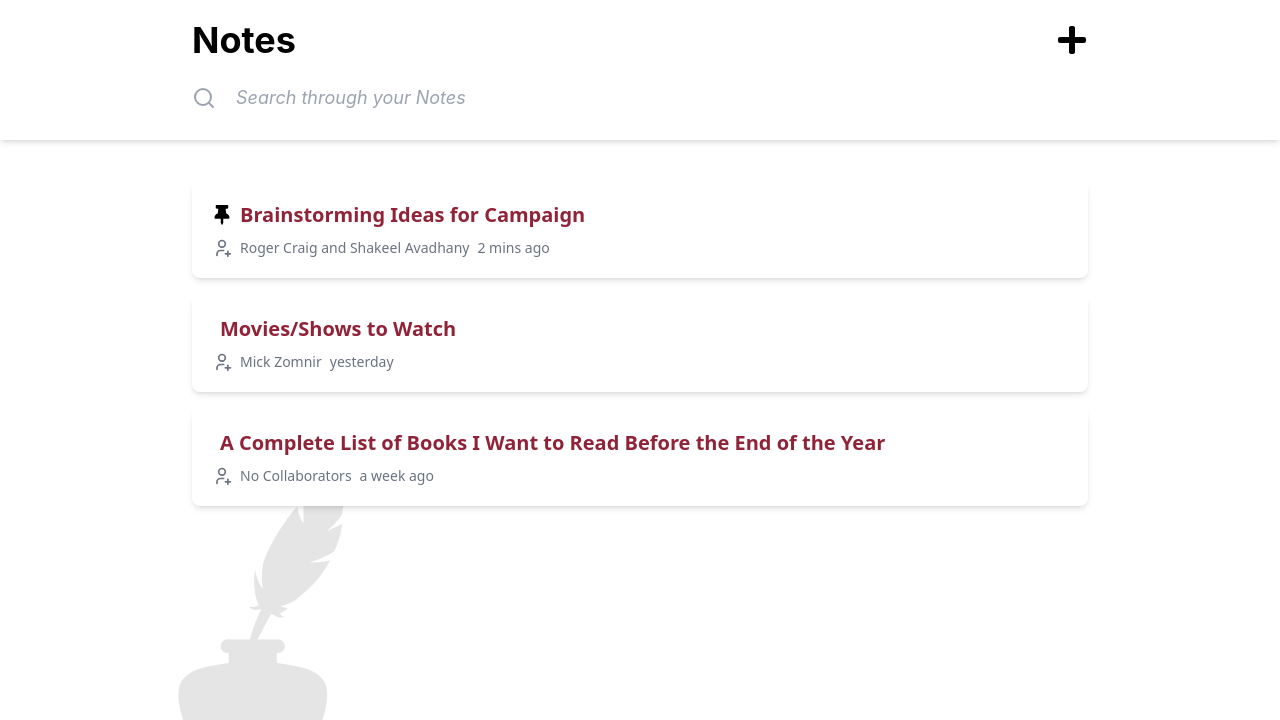
Repository: shabiasaeed/Notes-app
Page: /
The author's editor kept a copy of each file at every save. The page is drawn from the files as they stood at one save, then again after the next save.
The browser window is 1280 px wide. The pictures show the whole page.
The project was rebuilt for these pictures with package versions that can differ from the ones it lists, and the page was loaded fresh each time. Also part of the build but not shown: src/components/Header.css, src/components/Note.css, src/App.css.

Above is the page before, as saved 2025-01-01 19:07:13.

### src/App.js
import React, { useState } from 'react';
import Header from './components/Header';
import Note from './components/Note';
import './App.css';
import backgroundInk from './assets/ink-background-element.png';

//Component to handle the rendering of the header and note compnents
function App() {
  // Displaying few static notes
  const [notes, notesList] = useState([
    {
      title: "Brainstorming Ideas for Campaign",
      author: "Roger Craig and Shakeel Avadhany",
      time: "2 mins ago",
      pinned: true
    },
    {
      title: "Movies/Shows to Watch",
      author: "Mick Zomnir",
      time: "yesterday",
      pinned: false
    },
    {
      title: "A Complete List of Books I Want to Read Before the End of the Year",
      author: "No Collaborators",
      time: "a week ago",
      pinned: false
    }
  ]);

  function handleDelete(title){
    notesList(notes.filter( note => note.title !== title))
  }

  function handlePinToggle(title){
    notesList(prevNotes => prevNotes.map(note => note.title === title ? { ...note, pinned: !note.pinned } : note));
  };

  // Search state
  const [searchNotes, setSearchNotes] = useState('');

  // Filter notes based on search
  const filteredNotes = notes.filter(note => note.title.toLowerCase().includes(searchNotes.toLowerCase()));

  // Pinned notes to appear at the top
  const sortedNotes = filteredNotes.sort((a, b) => b.pinned - a.pinned);

  return (
    <div>
      <Header setSearchNotes={setSearchNotes}/>
      <main className="p-2 relative flex flex-col items-center font-sans">
        <img src={backgroundInk} alt="Ink Element" className="fixed top-2/3 right-2/3 transform -translate-x-1/2 z-[-1] w-26"/>
        <div className="w-full max-w-4xl mt-8 grid grid-cols-1 gap-4">
          {sortedNotes.map((note, index) => (
            <Note key={index} title={note.title} author={note.author} time={note.time} pinned={note.pinned} onDelete={handleDelete} onPinToggle={handlePinToggle}/>
          ))}
        </div>
      </main>
    </div>
  );
}

export default App;

### src/components/Header.js
import React from 'react';
import './Header.css';
import addButton from '../assets/add-button.png';
import { FiSearch } from 'react-icons/fi';
import { FaPlus } from 'react-icons/fa';


// Component to handle the display of the application's header section
const Header = ({ setSearchNotes }) => {
  return (
    <header className="p-5 bg-white flex flex-col items-center shadow-md">
      <div className="flex items-center justify-between w-full max-w-4xl">
        <h1 className="text-4xl font-bold text-black">Notes</h1>
        <FaPlus className="w-8 h-8 cursor-pointer"/>
      </div>
      <div className="flex items-center w-full max-w-4xl mt-4">
        <FiSearch className="w-6 h-6 text-gray-400 mr-3" />
        <input type="text" placeholder="Search through your Notes" className="flex-grow border-none outline-none p-2 text-lg italic placeholder-gray-400" onChange={(e) => setSearchNotes(e.target.value)}/>
      </div>
    </header>
  );
};

export default Header;

### src/components/Note.js
import React, { useState } from 'react';
import './Note.css';
import userIcon from '../assets/user-icon.png';
import { FiTrash } from 'react-icons/fi';
import { FaThumbtack } from 'react-icons/fa';
import { TbPinned } from 'react-icons/tb';
import { TbUserPlus } from 'react-icons/tb';

//Component to handle the display of the note's section
const Note = ({ title, author, time, pinned, onDelete, onPinToggle }) => {
  const [isHovered, setIsHovered] = useState(false); //State for checking whether the note is hovered


  return (
    <div className="p-5 rounded-lg bg-white shadow-md hover:shadow-lg flex flex-col gap-2 cursor-pointer w-full" onMouseEnter={() => setIsHovered(true)} onMouseLeave={() => setIsHovered(false)}>
      <div className="flex items-center justify-between">
        <div className="flex items-center">
          {pinned ? <FaThumbtack className="w-5 h-5 cursor-pointer" onClick={() => onPinToggle(title)} /> : isHovered && <TbPinned className="w-5 h-5 cursor-pointer" onClick={() => onPinToggle(title)} />}
          <h2 className="ml-2 font-bold text-[20px] text-[#912338]">{title}</h2>
        </div>
        {isHovered && <FiTrash className="w-5 h-5 cursor-pointer" onClick={() => onDelete(title)} />}
      </div>
      <div className="flex items-center gap-2 text-sm text-gray-500">
        <TbUserPlus className="w-5 h-5 cursor-pointer" />
        <p>{author}</p>
        <span>{time}</span>
      </div>
    </div>
  );
};

export default Note;

Loaded but not shown: public/index.html (common file); src/index.js (common file); src/index.css (common file); src/reportWebVitals.js (common file); tailwind.config.js (common file)

After the next save:
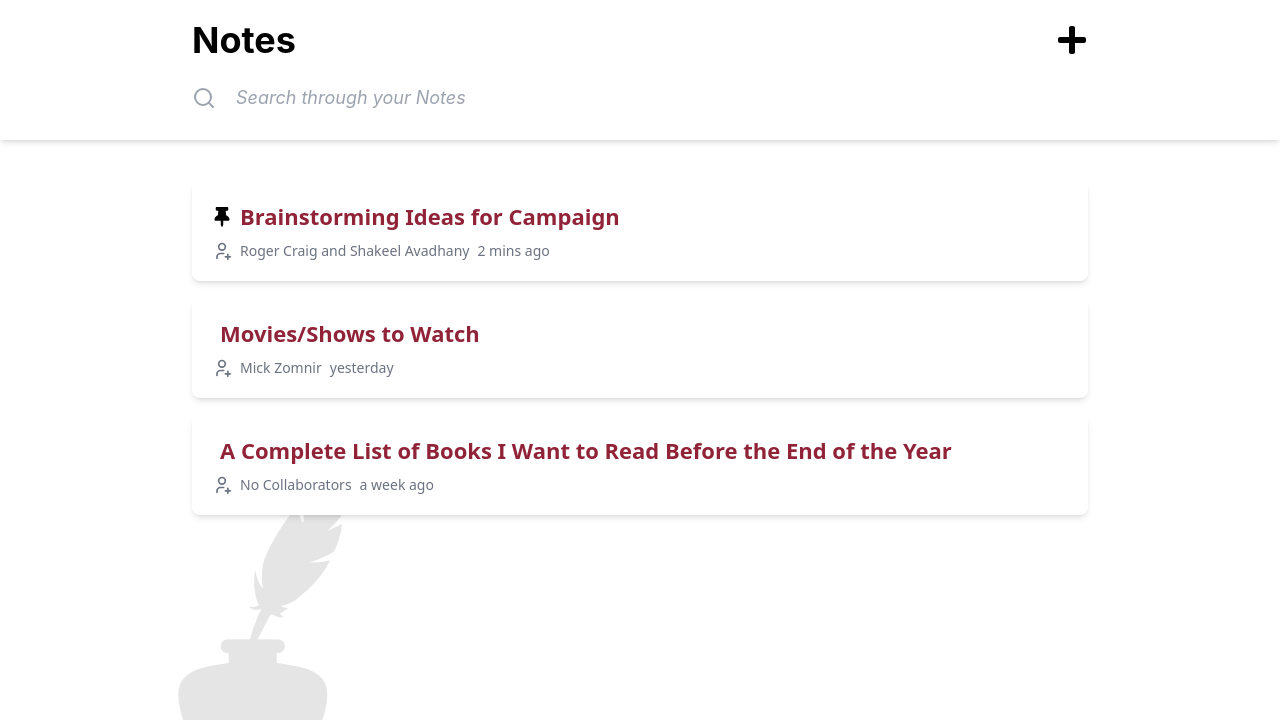
Saved 13 s later.
--- a/src/components/Note.js
+++ b/src/components/Note.js
@@ -16,7 +16,7 @@
       <div className="flex items-center justify-between">
         <div className="flex items-center">
           {pinned ? <FaThumbtack className="w-5 h-5 cursor-pointer" onClick={() => onPinToggle(title)} /> : isHovered && <TbPinned className="w-5 h-5 cursor-pointer" onClick={() => onPinToggle(title)} />}
-          <h2 className="ml-2 font-bold text-[20px] text-[#912338]">{title}</h2>
+          <h2 className="ml-2 font-bold text-[22px] text-[#912338]">{title}</h2>
         </div>
         {isHovered && <FiTrash className="w-5 h-5 cursor-pointer" onClick={() => onDelete(title)} />}
       </div>

After the save that followed:
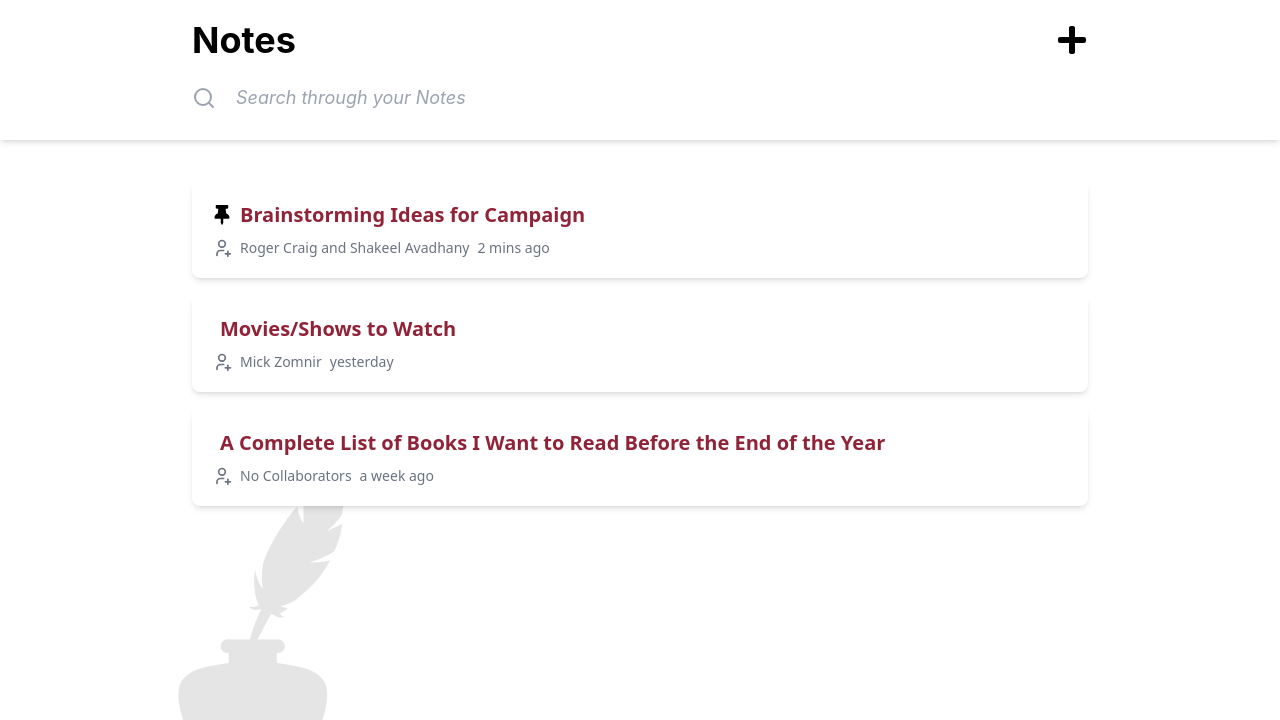
Saved 9 s later.
--- a/src/components/Note.js
+++ b/src/components/Note.js
@@ -16,7 +16,7 @@
       <div className="flex items-center justify-between">
         <div className="flex items-center">
           {pinned ? <FaThumbtack className="w-5 h-5 cursor-pointer" onClick={() => onPinToggle(title)} /> : isHovered && <TbPinned className="w-5 h-5 cursor-pointer" onClick={() => onPinToggle(title)} />}
-          <h2 className="ml-2 font-bold text-[22px] text-[#912338]">{title}</h2>
+          <h2 className="ml-2 font-bold text-[20px] text-[#912338]">{title}</h2>
         </div>
         {isHovered && <FiTrash className="w-5 h-5 cursor-pointer" onClick={() => onDelete(title)} />}
       </div>
